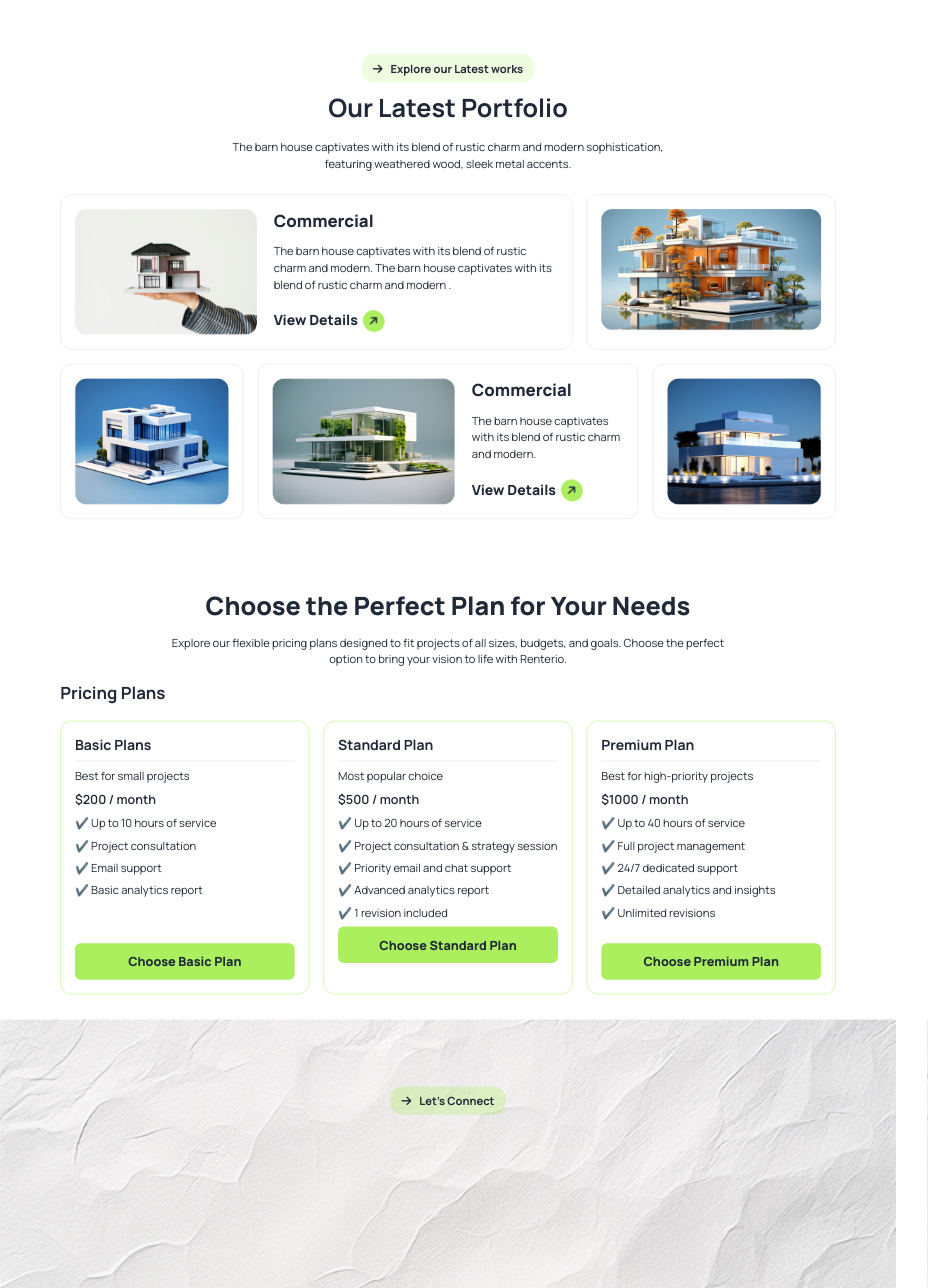
Repository: Tanvir4312/assignment-03
Page: index.html
An editor plug-in stored every save of this project. The page is shown before and after the next save, followed by the edit.
The browser window is 1280 px wide. The page is 1325 px wide, so the pictures cover 1325 px, including what lies to the right of the window. The pictures show the part of the page from y = 2302 to 4142 px (the page is 4142 px tall), at 70% of full size.
Some web libraries are served in a nearby version.

Above is the page before, as saved 2024-10-30 20:51:56.

### index.html
<!DOCTYPE html>
<html lang="en">

<head>
    <meta charset="UTF-8">
    <meta name="viewport" content="width=device-width, initial-scale=1.0">
    <title>Renterio</title>
    <link rel="stylesheet" href="styles/styles.css">
    <!-- DaisyUI -->
    <link href="https://cdn.jsdelivr.net/npm/daisyui@4.12.14/dist/full.min.css" rel="stylesheet" type="text/css" />
    <script src="https://cdn.tailwindcss.com"></script>
    <!-- Icon -->
    <link rel="stylesheet" href="https://cdnjs.cloudflare.com/ajax/libs/font-awesome/6.6.0/css/all.min.css"
        integrity="sha512-Kc323vGBEqzTmouAECnVceyQqyqdsSiqLQISBL29aUW4U/M7pSPA/gEUZQqv1cwx4OnYxTxve5UMg5GT6L4JJg=="
        crossorigin="anonymous" referrerpolicy="no-referrer" />

    <script>
        tailwind.config = {
            theme: {
                extend: {
                    colors: {
                        clifford: '#da373d',
                        bgBtnColor: '#ABEF5F',
                        btnTextAndWorksTextColor: '#1C1C1C',
                        mainColor: '#212121',
                        secondaryColor: '#494949',

                    }
                }
            }
        }
    </script>
</head>

<body class="manrope-font">
    <header>
        <!-- Navbar -->
        <nav class="container mx-auto">
            <div class="navbar relative py-14">
                <div class="navbar-start">
                    <div class="absolute right-0">
                        <div class="dropdown">
                            <div tabindex="0" role="button"
                                class="btn btn-ghost mr-2 lg:hidden border border-[rgba(233,233,233)] rounded-full bg-[#f9f8f8]">
                                <svg xmlns="http://www.w3.org/2000/svg" class="h-5 w-5" fill="none" viewBox="0 0 24 24"
                                    stroke="currentColor">
                                    <path stroke-linecap="round" stroke-linejoin="round" stroke-width="2"
                                        d="M4 6h16M4 12h8m-8 6h16" />
                                </svg>
                            </div>
                            <div class="absolute -left-20">
                                <ul tabindex=""
                                    class="menu menu-sm dropdown-content bg-base-100 rounded-box z-[1] p-2 shadow w-32">
                                    <li><a>Home</a></li>
                                    <li><a>Services</a></li>
                                    <li><a>Portfolio</a></li>
                                    <li><a>Blogs</a></li>
                                    <li><a>Contact Us</a></li>
                                </ul>
                            </div>
                        </div>
                    </div>
                    <i class="fa-solid fa-arrow-right -rotate-45 bg-bgBtnColor p-2 rounded-full	"></i>
                    <a class="btn btn-ghost font-extrabold text-3xl pl-2">Renterio</a>
                </div>
                <div class="navbar-center hidden lg:flex">
                    <ul class="menu menu-horizontal px-1">
                        <li><a class="font-extrabold">Home</a></li>
                        <li><a>Services</a></li>
                        <li><a>Portfolio</a></li>
                        <li><a>Blogs</a></li>
                        <li><a>Contact Us</a></li>
                    </ul>
                </div>

                <div class="navbar-end hidden md:block">
                    <div class="flex justify-end">
                        <div class="flex items-center gap-3 mr-2">
                            <div class="px-3 py-1 border border-[rgba(233,233,233)] rounded-full bg-[#f9f8f8]">
                                <i class="fa-solid fa-magnifying-glass"></i>
                            </div>
                            <div class="px-3 py-1 border border-[rgba(233,233,233)] rounded-full bg-[#f9f8f8]">
                                <i class="fa-solid fa-cart-shopping"></i>
                            </div>
                        </div>
                        <div class="relative ">
                            <button class="btn bg-bgBtnColor rounded-3xl pr-14 text-lg font-semibold">Book
                                Consult</button>
                            <i
                                class="fa-solid fa-arrow-right -rotate-45 bg-black text-white p-2 rounded-full absolute top-2 right-4 "></i>
                        </div>
                    </div>
                </div>
            </div>
        </nav>
        <!-- Banner -->
        <section class="banner text-center">
            <!-- Banner Image -->
            <div class="flex justify-center px-14">
                <img src="./assets/banner.png" alt="">
            </div>
            <!-- Banner Text -->
            <div class="mt-6">
                <h1 class="text-3xl md:text-6xl font-extrabold md:leading-[80px]">A barn house of this design
                    has a <br>striking appearance
                </h1>
                <p class="mt-6 mb-8 px-5">The barn house captivates with its blend of rustic charm and modern
                    sophistication,
                    featuring weathered wood, sleek metal <br> accents, and large windows that flood the space with
                    natural light.</p>
                <!-- Banner Button -->
                <div class="relative flex px-2 md:justify-center md:items-center">
                    <div class="w-full text-start md:text-center">
                        <button
                            class="btn border border-[rgba(171,239,95)] bg-[rgba(171,239,95,0.5)] rounded-3xl mainColor text-xl font-extrabold pr-14 l w-full md:w-52">View
                            Details</button>
                    </div>
                    <div>
                        <i
                            class="fa-solid fa-arrow-right -rotate-45 bg-bgBtnColor p-2 rounded-full absolute bottom-2 right-[590px]"></i>

                        <i
                            class="md:hidden absolute top-3 right-20 fa-solid fa-arrow-right -rotate-45 bg-bgBtnColor p-2 rounded-full"></i>
                    </div>
                </div>
            </div>
        </section>
    </header>

    <main class="bg-[#F4F4F4]">
        <!-- Commercial and Residential Section -->
        <section class="bg-[#F4F4F4] md:my-24 my-5 pt-7 pb-5 md:pb-20">
            <!-- Vector Image -->
            <img class="hidden md:block border-dashed border-2 border-slate-300 py-7 ml-9" src="./assets/Vector.png"
                alt="">
            <div class="md:w-[1140px] mx-auto grid md:grid-cols-2 grid-cols-1 gap-5 p-4 md:p-0">
                <div>
                    <!-- About Us Button -->
                    <div class="flex justify-center md:flex-col">
                        <div class="bg-white w-32 py-2 px-4 rounded-2xl">
                            <i class="fa-solid fa-arrow-right pr-2"></i>
                            <button class="font-bold">About Us</button>
                        </div>
                    </div>
                    <!-- Text -->
                    <div class="mt-4 md:text-start text-center">
                        <h1 class="text-2xl md:text-4xl font-bold mainColor mb-6">We design thoughtful, <br> liveable
                            spaces
                        </h1>
                        <p class="secondaryColor">The barn house captivates with its blend of rustic charm and
                            modern sophistication, featuring weathered wood, sleek metal accents.</p>
                    </div>

                    <div class="flex md:items-center gap-5 my-6 bg-white p-6 rounded-2xl">
                        <!-- Image -->
                        <div>
                            <img src="./assets/commercial.png" alt="">
                        </div>
                        <!-- Text -->
                        <div>
                            <h3 class="text-xl font-extrabold">Commercial</h3>
                            <p><small>The barn house captivates with its blend <br> of rustic charm and modern.</small>
                            </p>
                        </div>
                    </div>
                    <div class="flex md:items-center gap-5 bg-white p-6 rounded-2xl">
                        <!-- Image -->
                        <div>
                            <img src="./assets/residential.png" alt="">
                        </div>
                        <!-- Text -->
                        <div>
                            <h3 class="text-xl font-extrabold">Residential</h3>
                            <p><small>The barn house captivates with its blend <br> of rustic charm and modern.</small>
                            </p>
                        </div>
                    </div>

                </div>
                <!-- Image -->
                <div>
                    <img class="h-60 w-full md:h-[500px]" src="./assets/Rectangle.png" alt="">
                </div>
            </div>
        </section>
        <!-- Works Process section -->
        <section class="md:w-[1140px] mx-auto px-4 md:px-0 md:pb-24">
            <!-- Works Button -->
            <div class="flex justify-center">
                <div class="bg-white py-2 px-4 rounded-2xl">
                    <i class="fa-solid fa-arrow-right pr-2"></i>
                    <button class="font-bold">How We Works</button>
                </div>
            </div>
            <!-- Text -->
            <div class="text-center">
                <h1 class="py-4 md:py-6 text-2xl md:text-4xl font-bold">Our Works Process</h1>
                <p>The barn house captivates with its blend of rustic charm and modern sophistication, <br> featuring
                    weathered wood, sleek metal accents.</p>
            </div>
            <!-- Card -->
            <div class="card grid grid-cols-1 md:grid-cols-4 gap-4 my-8">
                <div class="bg-[rgba(231,193,211)] rounded-2xl p-5">
                    <img src="./assets/concept.png" alt="">
                    <h4 class="py-2 text-xl font-bold">Concept</h4>
                    <p>The barn house captivates with its blend of rustic charm and modern.</p>
                </div>
                <div class="bg-[rgba(239,218,110)] rounded-2xl p-5">
                    <img src="./assets/flow-chart.png" alt="">
                    <h4 class="py-2 text-xl font-bold">Design Process</h4>
                    <p>The barn house captivates with its blend of rustic charm and modern.</p>
                </div>
                <div class="bg-[rgba(164,218,195)] rounded-2xl p-5">
                    <img src="./assets/concept.png" alt="">
                    <h4 class="py-2 text-xl font-bold">Supervision</h4>
                    <p>The barn house captivates with its blend of rustic charm and modern.</p>
                </div>
                <div class="bg-[rgba(119,170,234)] rounded-2xl p-5">
                    <img src="./assets/concept.png" alt="">
                    <h4 class="py-2 text-xl font-bold">Budget Planning</h4>
                    <p>The barn house captivates with its blend of rustic charm and modern.</p>
                </div>
            </div>
        </section>
        <!-- Latest Portfolio Section -->
        <section class="md:bg-white">
            <div class=" md:w-[1140px] mx-auto py-6 px-4 md:pt-20">
                <!-- Latest Works Button -->
                <div class="flex justify-center">
                    <div class="bg-[rgba(171,239,95,0.2)] py-2 px-4 rounded-2xl">
                        <i class="fa-solid fa-arrow-right pr-2"></i>
                        <button class="font-bold">Explore our Latest works</button>
                    </div>
                </div>
                <!-- Text -->
                <div class="text-center">
                    <h1 class="pt-4 pb-6 md:text-4xl text-2xl font-bold">Our Latest Portfolio</h1>
                    <p>The barn house captivates with its blend of rustic charm and modern sophistication, <br>
                        featuring
                        weathered wood, sleek metal accents.</p>
                </div>
                <!-- Latest Portfolio Card First Row -->
                <div class="pt-8 grid grid-cols-1 md:grid-cols-3 gap-5">
                    <!-- First Card -->
                    <div class="md:col-span-2 rounded-2xl ">
                        <div class="md:flex gap-6 border border-[rgba(233,233,233)] rounded-2xl p-5 bg-white">
                            <img src="./assets/img1.png" alt="">
                            <div>
                                <h3 class="text-2xl font-extrabold">Commercial</h3>
                                <p class="pt-4 pb-6">The barn house captivates with its blend of rustic charm and
                                    modern. The barn house
                                    captivates with its blend of rustic charm and modern .</p>

                                <a class="text-xl font-extrabold pr-1" href="">View Details</a>
                                <i class="fa-solid fa-arrow-right -rotate-45 bg-bgBtnColor p-2 rounded-full	"></i>
                            </div>
                        </div>
                    </div>
                    <!-- Second Card -->
                    <div class="border border-[rgba(233,233,233)] rounded-2xl p-5 bg-white">
                        <img src="./assets/img2.png" alt="">
                    </div>

                </div>
                <!-- Latest Portfolio Card Second Row -->
                <div class="grid grid-cols-1 md:grid-cols-4 gap-5 mt-5">
                    <!-- First Card -->
                    <div class="border border-[rgba(233,233,233)] rounded-2xl p-5 bg-white">
                        <img class="h-full w-full" src="./assets/img3.png" alt="">
                    </div>
                    <!-- Second Card -->
                    <div class="md:col-span-2 rounded-2xl ">
                        <div class="md:flex gap-6 border border-[rgba(233,233,233)] rounded-2xl p-5 bg-white">
                            <img src="./assets/img4.png" alt="">
                            <div>
                                <h3 class="text-2xl font-extrabold">Commercial</h3>
                                <p class="pt-4 pb-6">The barn house captivates with its blend of rustic charm and
                                    modern.</p>

                                <a class="text-xl font-extrabold pr-1" href="">View Details</a>
                                <i class="fa-solid fa-arrow-right -rotate-45 bg-bgBtnColor p-2 rounded-full	"></i>
                            </div>
                        </div>
                    </div>
                    <!-- Third Card -->
                    <div class="border border-[rgba(233,233,233)] rounded-2xl p-5 bg-white">
                        <img class="h-full w-full" src="./assets/img5.png" alt="">
                    </div>

                </div>
            </div>
        </section>
        <!-- Perfect Plan Section -->
        <section class="md:bg-white">
            <div class="md:w-[1140px] mx-auto py-6 px-4 md:pt-20">
                <!-- Text -->
                <div class="text-center">
                    <h1 class="text-2xl md:text-4xl font-extrabold">Choose the Perfect Plan for Your Needs</h1>
                    <p class="py-5">Explore our flexible pricing plans designed to fit projects of all sizes, budgets,
                        and goals. Choose the perfect <br> option to bring your vision to life with Renterio.</p>
                </div>
                <p class="text-2xl font-bold pb-6">Pricing Plans</p>
                <!-- Cards -->
                <div class="grid grid-cols-1 md:grid-cols-3 gap-5">
                    <!-- Card-01 -->
                    <div class="border border-[#bdfe8b] p-5 rounded-2xl bg-white">
                        <div class="space-y-2">
                            <h3 class="text-xl font-bold">Basic Plans</h3>
                            <hr>
                            <p>Best for small projects</p>
                            <h5 class="text-lg font-semibold">$200 / month</h5>
                            <li class="list-none">✔️ Up to 10 hours of service</li>
                            <li class="list-none">✔️ Project consultation</li>
                            <li class="list-none">✔️ Email support</li>
                            <li class="list-none">✔️ Basic analytics report</li>
                        </div>

                        <button class="bg-bgBtnColor p-3 rounded-lg text-lg font-extrabold mt-16 w-full">Choose
                            Basic Plan</button>

                    </div>
                    <!-- Card-02 -->
                    <div class="border border-[#bdfe8b] p-5 rounded-2xl bg-white">
                        <div class="space-y-2">
                            <h3 class="text-xl font-bold">Standard Plan</h3>
                            <hr>
                            <p>Most popular choice</p>
                            <h5 class="text-lg font-semibold">$500 / month</h5>
                            <li class="list-none">✔️ Up to 20 hours of service</li>
                            <li class="list-none">✔️ Project consultation & strategy session</li>
                            <li class="list-none">✔️ Priority email and chat support</li>
                            <li class="list-none">✔️ Advanced analytics report</li>
                            <li class="list-none">✔️ 1 revision included</li>
                        </div>

                        <button class="bg-bgBtnColor p-3 rounded-lg text-lg font-extrabold mt-2 w-full">Choose Standard
                            Plan</button>

                    </div>
                    <!-- Card-03 -->
                    <div class="border border-[#bdfe8b] p-5 rounded-2xl bg-white">
                        <div class="space-y-2">
                            <h3 class="text-xl font-bold">Premium Plan</h3>
                            <hr>
                            <p>Best for high-priority projects</p>
                            <h5 class="text-lg font-semibold">$1000 / month</h5>
                            <li class="list-none">✔️ Up to 40 hours of service</li>
                            <li class="list-none">✔️ Full project management</li>
                            <li class="list-none">✔️ 24/7 dedicated support</li>
                            <li class="list-none">✔️ Detailed analytics and insights</li>
                            <li class="list-none">✔️ Unlimited revisions</li>
                        </div>

                        <button class="bg-bgBtnColor p-3 rounded-lg text-lg font-extrabold mt-8 w-full">Choose Premium
                            Plan</button>

                    </div>
                </div>
            </div>
        </section>
    </main>
    <!-- Next Project Section -->
    <section class="next-project h-96 mt-3">
        <div class=" md:w-[1140px] mx-auto py-24">
            <!-- Button -->
            <div class="flex justify-center">
                <div class="bg-[rgba(171,239,95,0.3)] py-2 px-4 rounded-2xl">
                    <i class="fa-solid fa-arrow-right pr-2"></i>
                    <button class="font-bold">Let’s Connect</button>
                </div>
            </div>
        </div>
    </section>
</body>

</html>

### styles/styles.css
/* Font */
@import url('https://fonts.googleapis.com/css2?family=Manrope:wght@200..800&display=swap');


.manrope-font {
  font-family: "Manrope", sans-serif;
}

/* Next Project Section */
.next-project{
  background-image: url('/assets/bg.jpg');
  background-repeat: no-repeat;
  background-position: center;
  background-size: cover;
}

After the next save:
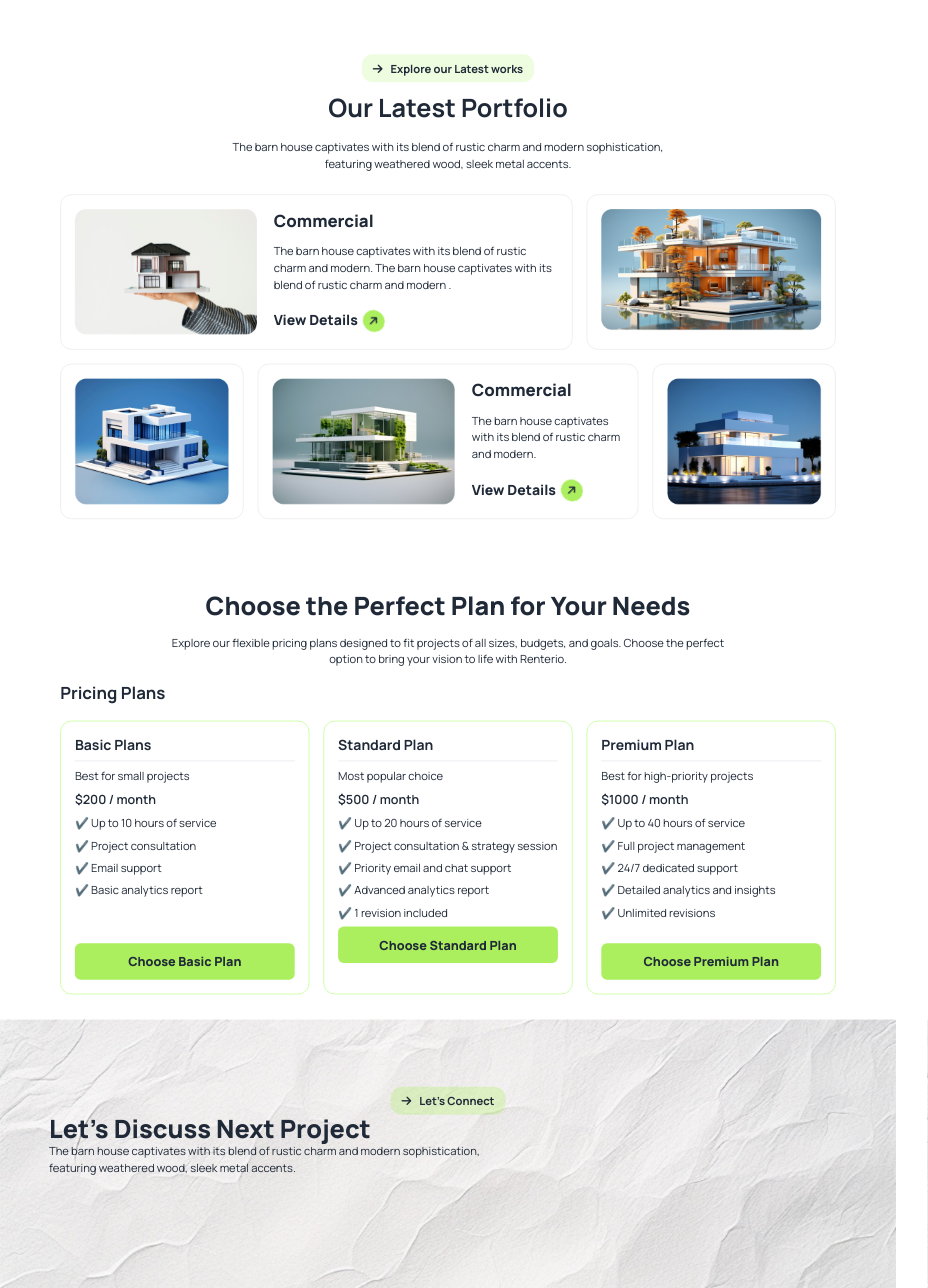
Saved 103 s later.
--- a/index.html
+++ b/index.html
@@ -369,6 +369,11 @@
                     <button class="font-bold">Let’s Connect</button>
                 </div>
             </div>
+            <!-- Text -->
+            <div>
+                <h1 class="text-2xl md:text-4xl font-extrabold">Let’s Discuss Next Project</h1>
+                <p>The barn house captivates with its blend of rustic charm and modern sophistication, <br> featuring weathered wood, sleek metal accents.</p>
+            </div>
         </div>
     </section>
 </body>
